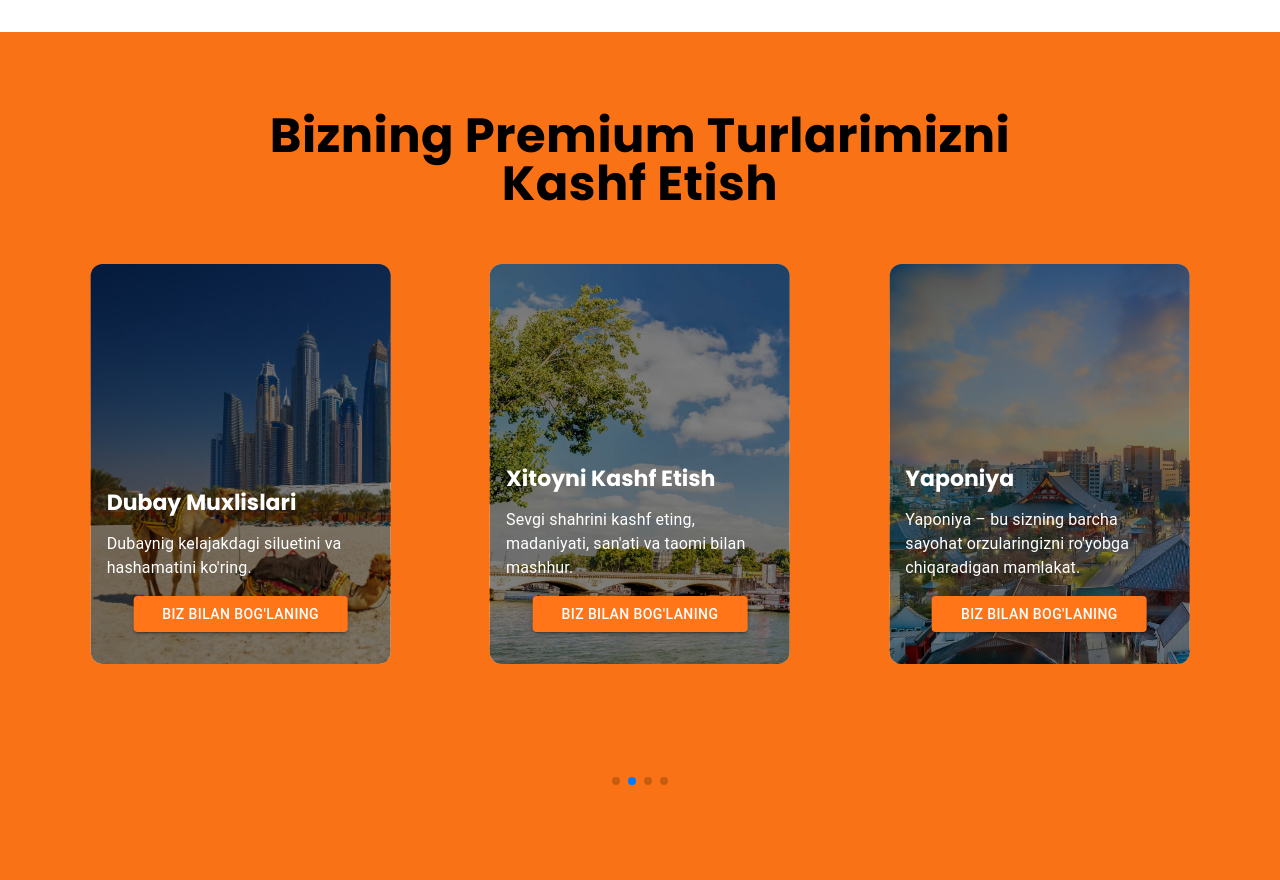
Repository: OgabekErkinov/i-am-tourist
Page: /
These files come from the project's save history. The page is drawn as it stood at one moment and after the next save; the edit follows.
The browser window is 1280 px wide. The pictures show the whole page.
The project was rebuilt for these pictures with package versions that can differ from the ones it lists, and the page was loaded fresh each time. Also part of the build but not shown: vite.config.js, src/components/navbar/LightDarkButton.jsx, src/I18/i18.js, src/components/navbar/languages/LanguageButton.jsx, src/components/navbar/NavbarItem.jsx, src/components/navbar/SocialNetworks.jsx, src/components/navbar/Logo.jsx, src/components/navbar/SectionsLinks.jsx and 7 more.

Above is the page before, as saved 2024-12-24 16:03:44.

### index.html
<!doctype html>
<html lang="en">
  <head>
    <meta charset="UTF-8" />
    <link rel="icon" type="image/svg+xml" href="https://www.ifly.com.uz/assets/logo-BPA5zOgc.png" />
    <meta name="viewport" content="width=device-width, initial-scale=1.0" />
    <link rel="preconnect" href="https://fonts.googleapis.com">
    <link rel="preconnect" href="https://fonts.gstatic.com" crossorigin>
    <link href="https://fonts.googleapis.com/css2?family=Poppins:ital,wght@0,100;0,200;0,300;0,400;0,500;0,600;0,700;0,800;0,900;1,100;1,200;1,300;1,400;1,500;1,600;1,700;1,800;1,900&display=swap" rel="stylesheet">
    <title>iFLY.com</title>
  </head>
  <body>
    <div id="root"></div>
    <script type="module" src="/src/main.jsx"></script>
  </body>
</html>

### src/index.css
/* Universal Reset */
* {
  margin: 0;
  padding: 0;
  box-sizing: border-box;
}


/* Root Container */
#root {
  max-width: 1900px;
  margin: 0 auto;
  display: flex;
  flex-direction: column;
  align-items: center;
  justify-content: center;
  font-family: 'Poppins';
  box-sizing: border-box;
}

### src/App.jsx
import { Stack } from "@mui/material"
import Header from "./components/header/Header"
import Main from "./components/main/Main"

function App() {


  return (
    <Stack width='100%'
           height='auto'
           alignItems='center'
           gap='1rem'>
        <Header/>
        <Main/>
    </Stack>



  )
}

export default App

### src/components/header/Header.jsx
import { Box, Stack } from '@mui/material';
import Navbar from '../navbar/Navbar';
import Slider from './Slider';
import React from 'react';
import Cards from '../cards/Cards';

const Header = () => {
  return (
    <Stack height="auto"
           width='100%'
           gap="2rem"
           marginBottom='1rem'
           boxSizing="border-box">
             <Stack width="100%"
                    height="auto"
                    alignItems='center'>
                         {/* <Box width="100%"
                              height="10vh"
                              bgcolor="transparent">
                        </Box> */}
                        {/* <Navbar /> */}
                        {/* <Slider /> */}
               </Stack>
               {/* <Cards /> */}
    </Stack>
  );
}

export default Header;

### src/components/main/Main.jsx
import { Stack } from '@mui/material'
import React from 'react'
import PremiumTours from '../premium/PremiumTours'
import TourPlaces from '../tourPlaces/TourPlaces'
import About from '../about/About'

const Main = () => {
  return (
    <Stack width={'100%'}
           height={'auto'}
           alignItems={'center'}
           gap='1rem'>
        <PremiumTours/>
        {/* <TourPlaces/> */}
        {/* <About/> */}

    </Stack>
  )
}

export default Main

### src/components/premium/PremiumTours.jsx
import React from 'react';
import { Stack, Typography, Box } from '@mui/material';
import 'swiper/css';
import 'swiper/css/effect-fade';
import 'swiper/css/pagination';
import 'swiper/css/autoplay';
import { Swiper, SwiperSlide } from 'swiper/react';
import { Navigation, Pagination, Scrollbar, Autoplay } from 'swiper/modules';
import { premiumToursServices } from '../../Database/db';
import PremiumItem from './PremiumItem';

const PremiumTours = () => {

  return (
    <Stack height={'auto'}
           width={'100%'}
           padding={'5rem 2rem'}
           bgcolor={'#F97316'}
           boxSizing={'border-box'} >
          <Stack height={'100%'}
                 width={'100%'}
                 justifyContent={'space-between'}
                 alignItems={'center'}
                 gap={'2rem'}>
              {/* Title */}
                <Typography fontFamily={'Poppins'}
                            width={'70%'}
                            fontSize={'48px'}
                            lineHeight={'48px'}
                            fontWeight={'bold'}
                            textAlign={'center'}
                            height={'auto'}
                            sx={{
                              '@media (max-width: 900px)': {
                               fontSize: '36px',
                               lineHeight: '40px',
                                },
                              '@media (max-width: 600px)': {
                                fontSize: '24px',
                                lineHeight: '28px',
                                },
                               }}>
                               Bizning Premium Turlarimizni Kashf Etish
                 </Typography>
            {/* Slider */}
                 <Box display={'flex'}
                      alignItems={'center'}
                      justifyContent={'center'}
                      height={'35rem'}
                      width={'100%'}>
                      <Swiper
                          modules={[Navigation, Pagination, Scrollbar, Autoplay]}
                          autoplay={{ delay: 2500, disableOnInteraction: false }}
                          navigation
                          pagination={{ clickable: false }}
                          scrollbar={{ draggable: true }}
                          loop={true}
                          style={{
                               width: '100%',
                               height: '100%',
                               padding : '1.5rem',
                               display : 'flex',
                               justifyContent : 'center',
                               alignItems : 'center' }}
                          breakpoints={{
                               524: {
                                  slidesPerView: 1,
                                  spaceBetween: 10 },
                               765: {
                                  slidesPerView: 2,
                                  spaceBetween: 20 },
                              1200: {
                                  slidesPerView: 3,
                                  spaceBetween: 30 } }}>
                          {
                           premiumToursServices?.map((tour, idx) => {
                                  return (
                                         <SwiperSlide key={idx}>
                                                 <PremiumItem tour={tour} />
                                           </SwiperSlide>
                                          );  })
                           }
                       </Swiper>
                  </Box>
            </Stack>
    </Stack>
  );
};

export default PremiumTours;

### src/Database/db.js
export const social_medias = [
    {
        id : 1,
        name : 'facebook',
        link : 'https://www.facebook.com',
        pathD : 'M279.14 288l14.22-92.66h-88.91v-60.13c0-25.35 12.42-50.06 52.24-50.06h40.42V6.26S260.43 0 225.36 0c-73.22 0-121.08 44.38-121.08 124.72v70.62H22.89V288h81.39v224h100.17V288z'
    },
    {
        id : 2,
        name : 'twitter',
        url : 'https://www.twitter.com',
        pathD : 'M419.37 151.716c.325 4.548.325 9.097.325 13.645 0 138.72-105.583 298.558-298.558 298.558-59.452 0-114.68-17.219-161.137-47.106 8.447.974 16.568 1.299 25.34 1.299 49.055 0 94.213-16.568 130.274-44.832-46.132-.975-84.792-31.188-98.112-72.772 6.498.974 12.995 1.624 19.818 1.624 9.421 0 18.843-1.3 27.614-3.573-48.081-9.747-84.143-51.98-84.143-102.985v-1.299c13.969 7.797 30.214 12.67 47.431 13.319-28.264-18.843-46.781-51.005-46.781-87.391 0-19.492 5.197-37.36 14.294-52.954 51.655 63.675 129.3 105.258 216.365 109.807-1.624-7.797-2.599-15.918-2.599-24.04 0-57.828 46.782-104.934 104.934-104.934 30.213 0 57.502 12.67 76.67 33.137 23.715-4.548 46.456-13.32 66.599-25.34-7.798 24.366-24.366 44.833-46.132 57.827 21.117-2.273 41.584-8.122 60.426-16.243-14.292 20.791-32.161 39.308-52.628 54.253z'
    },
    {
        id : 3,
        name : 'instagram',
        url : 'https://www.instagram.com/ifly.com.uz',
        pathD : 'M224.1 141c-63.6 0-114.9 51.3-114.9 114.9s51.3 114.9 114.9 114.9S339 319.5 339 255.9 287.7 141 224.1 141zm0 189.6c-41.1 0-74.7-33.5-74.7-74.7s33.5-74.7 74.7-74.7 74.7 33.5 74.7 74.7-33.6 74.7-74.7 74.7zm146.4-194.3c0 14.9-12 26.8-26.8 26.8-14.9 0-26.8-12-26.8-26.8s12-26.8 26.8-26.8 26.8 12 26.8 26.8zm76.1 27.2c-1.7-35.9-9.9-67.7-36.2-93.9-26.2-26.2-58-34.4-93.9-36.2-37-2.1-147.9-2.1-184.9 0-35.8 1.7-67.6 9.9-93.9 36.1s-34.4 58-36.2 93.9c-2.1 37-2.1 147.9 0 184.9 1.7 35.9 9.9 67.7 36.2 93.9s58 34.4 93.9 36.2c37 2.1 147.9 2.1 184.9 0 35.9-1.7 67.7-9.9 93.9-36.2 26.2-26.2 34.4-58 36.2-93.9 2.1-37 2.1-147.8 0-184.8zM398.8 388c-7.8 19.6-22.9 34.7-42.6 42.6-29.5 11.7-99.5 9-132.1 9s-102.7 2.6-132.1-9c-19.6-7.8-34.7-22.9-42.6-42.6-11.7-29.5-9-99.5-9-132.1s-2.6-102.7 9-132.1c7.8-19.6 22.9-34.7 42.6-42.6 29.5-11.7 99.5-9 132.1-9s102.7-2.6 132.1 9c19.6 7.8 34.7 22.9 42.6 42.6 11.7 29.5 9 99.5 9 132.1s2.7 102.7-9 132.1z'
    },
    {
        id : 4,
        name : 'linkedIn',
        url : 'https://www.linkedin.com',
        pathD : 'M100.28 448H7.4V148.9h92.88zM53.79 108.1C24.09 108.1 0 83.5 0 53.8a53.79 53.79 0 0 1 107.58 0c0 29.7-24.1 54.3-53.79 54.3zM447.9 448h-92.68V302.4c0-34.7-.7-79.2-48.29-79.2-48.29 0-55.69 37.7-55.69 76.7V448h-92.78V148.9h89.08v40.8h1.3c12.4-23.5 42.69-48.3 87.88-48.3 94 0 111.28 61.9 111.28 142.3V448z'
    },
    {
        id : 5,
        name : 'youtube',
        url : 'https://www.youtube.com',
        pathD : 'M549.655 124.083c-6.281-23.65-24.787-42.276-48.284-48.597C458.781 64 288 64 288 64S117.22 64 74.629 75.486c-23.497 6.322-42.003 24.947-48.284 48.597-11.412 42.867-11.412 132.305-11.412 132.305s0 89.438 11.412 132.305c6.281 23.65 24.787 41.5 48.284 47.821C117.22 448 288 448 288 448s170.78 0 213.371-11.486c23.497-6.321 42.003-24.171 48.284-47.821 11.412-42.867 11.412-132.305 11.412-132.305s0-89.438-11.412-132.305zm-317.51 213.508V175.185l142.739 81.205-142.739 81.201z'
    }
]

export const navLinks = [
    {
        id : 6,
        name : 'Excursions',
        link : '#excursions'
    },
    {
        id : 7,
        name : 'City',
        link : '#city'
    },
    {
        id : 8,
        name : 'About',
        link : '#about'
    },
    {
        id : 9,
        name : 'Contact',
        link : '#contact'
    }
]

export const SliderItems = [
    {
        url : '/malakali.jpg',
        heading : 'Malakali shahar',
        paragraph : "Dunyoning ko'ngilochar poytaxtiga sho'ng'ing."
    },
    {
        url : '/turkiya.jpg',
        heading : 'Sehrli Turkiya',
        paragraph : "Turkiyaning boy tarixi va ajoyib manzaralarini o'rganing."
    },
    {
        url : '/orol.jpg',
        heading : 'Orol chekinishi',
        paragraph : 'Ajoyib orol landshaftlari orasida tinchlikni his eting.'
    },
    {
        url : '/yaponiya.jpg',
        heading : 'Yaponiya',
        paragraph : "Zamonaviy hayot va qadimiy an'analar mamlakati"
    },
    {
        url : '/dubai.jpg',
        heading : "Dubayni kashf eting",
        paragraph : "Birlashgan Arab Amirliklarida hashamat, innovatsiyalar va sarguzashtlarni kashf eting."

    },
    {
        url : '/xitoyni.jpg',
        heading : 'Xitoyni kashf qiling',
        paragraph : "Xitoy: qadimgi tarix, Buyuk devor, innovatsiyalar, jonli madaniyat."
    },
    {
        url : '/tailand.jpg',
        heading : 'Tropik Tailand',
        paragraph : "Chiroyli plyajlarda dam oling va mazali taomlarni tatib ko'ring."
    }
]

export const addBanners = [
    {
        heading : 'Ajoyib plyaj',
        paragraph : 'Zamonaviy plyajlarni kashf eting va quyosh ostida dam oling.'
    },
    {
        heading : "Tog' sarguzashtlari",
        paragraph : "Qiziqarli tog' sayohatiga chiqing va tabiatni o'rganing."
    },
    {
        heading : 'Shahar sayohatlari',
        paragraph : "Qiziqarli tog' sayohatiga chiqing va tabiatni o'rganing."
    }
]

export const languages = [
    {
        lang : "o'zbek",
        flag : '/uzbekistan.png',
        translator : 'uz'
    },
    {
        lang : 'english',
        flag : '/united-states.png',
        translator : 'en'
    },
    {
        lang : 'русский',
        flag : '/russia.png',
        translator : 'ru'
    }
]

export const premiumToursServices = [
    {
        title : 'Tokio Sarguzashtlari',
        paragraph : "Yaponiya yuragida an'ana va texnologiyaning uyg'unligini his eting.",
        image : '/tokioprem.jpg'
    },
    {
        title : 'Dubay Muxlislari',
        paragraph : "Dubaynig kelajakdagi siluetini va hashamatini ko'ring.",
        image : '/dubaipremium.jpg'
    },
    {
        title : 'Xitoyni Kashf Etish',
        paragraph : "Sevgi shahrini kashf eting, madaniyati, san'ati va taomi bilan mashhur.",
        image : '/xitoyprem.jpg'
    },
    {
        title : 'Yaponiya',
        paragraph : "Yaponiya – bu sizning barcha sayohat orzularingizni ro'yobga chiqaradigan mamlakat.",
        image : '/xitoypremium.jpg'
    }
]

export const tourPlaces = [
    {
        image : '/yaponiya.jpg',
        title : 'Tokio, Yaponiya',
        paragraph : "Tokio Yaponiya poytaxti bo'lib, an'anaviy binolarni zamonaviy osmono'parlar bilan birlashtirish."
    },
    {
        image : '/orol.jpg',
        title : 'Orol joyi',
        paragraph : "Shahar shovqinidan uzoqda, tabiatning ajoyib go'zalligida dam oling."
    },
    {
        image : '/dubai.jpg',
        title : 'Dubay, BAA',
        paragraph : "Dubayning hargi skylinesi va hashamatini guvohi boling."
    },
    {
        image : '/vetnam.jpg',
        title : 'Vetnam sarguzashti',
        paragraph : "Vetnamning go'zalligiga kirib boring, rang- barang guruch teraslari va noyob madaniyat bilan tanishing!"
    },
    {
        image : '/maldiv.jpg',
        title : 'Maldivlar',
        paragraph : "Oq qumli plyajlar va toza suvlar bilan tropik jannatda dam oling. Hashamatli kurortlar va ajoyib suv osti dunyosidan zavq oling!"
    },
    {
        image : '/tailand.jpg',
        title : 'Tropik Tailand',
        paragraph : "Tailand chiroyli orollari, ko'chada oziq-ovqat va boy madaniyat merosi bilan mashhur."
    },
    {
        image : '/turkiya.jpg',
        title : "Mo'jizaviy Turkiya",
        paragraph : "Turkiyaning boy tarixini va go'zal manzaralarini kashf eting."
    }
]

export const services = [
    {
        pathD : 'M480 192H365.71L260.61 8.06A16.014 16.014 0 0 0 246.71 0h-65.5c-10.63 0-18.3 10.17-15.38 20.39L214.86 192H112l-43.2-57.6c-3.02-4.03-7.77-6.4-12.8-6.4H16.01C5.6 128-2.04 137.78.49 147.88L32 256 .49 364.12C-2.04 374.22 5.6 384 16.01 384H56c5.04 0 9.78-2.37 12.8-6.4L112 320h102.86l-49.03 171.6c-2.92 10.22 4.75 20.4 15.38 20.4h65.5c5.74 0 11.04-3.08 13.89-8.06L365.71 320H480c35.35 0 96-28.65 96-64s-60.65-64-96-64z',
        title : 'Xalqaro Sayohat',
        paragraph : "Dunyodagi eng go'zal joylarga sayohatlarni tashkil etamiz.",
        color : 'blue'
    },
    {
        icon : 'M560 64c8.84 0 16-7.16 16-16V16c0-8.84-7.16-16-16-16H16C7.16 0 0 7.16 0 16v32c0 8.84 7.16 16 16 16h15.98v384H16c-8.84 0-16 7.16-16 16v32c0 8.84 7.16 16 16 16h240v-80c0-8.8 7.2-16 16-16h32c8.8 0 16 7.2 16 16v80h240c8.84 0 16-7.16 16-16v-32c0-8.84-7.16-16-16-16h-16V64h16zm-304 44.8c0-6.4 6.4-12.8 12.8-12.8h38.4c6.4 0 12.8 6.4 12.8 12.8v38.4c0 6.4-6.4 12.8-12.8 12.8h-38.4c-6.4 0-12.8-6.4-12.8-12.8v-38.4zm0 96c0-6.4 6.4-12.8 12.8-12.8h38.4c6.4 0 12.8 6.4 12.8 12.8v38.4c0 6.4-6.4 12.8-12.8 12.8h-38.4c-6.4 0-12.8-6.4-12.8-12.8v-38.4zm-128-96c0-6.4 6.4-12.8 12.8-12.8h38.4c6.4 0 12.8 6.4 12.8 12.8v38.4c0 6.4-6.4 12.8-12.8 12.8h-38.4c-6.4 0-12.8-6.4-12.8-12.8v-38.4zM179.2 256h-38.4c-6.4 0-12.8-6.4-12.8-12.8v-38.4c0-6.4 6.4-12.8 12.8-12.8h38.4c6.4 0 12.8 6.4 12.8 12.8v38.4c0 6.4-6.4 12.8-12.8 12.8zM192 384c0-53.02 42.98-96 96-96s96 42.98 96 96H192zm256-140.8c0 6.4-6.4 12.8-12.8 12.8h-38.4c-6.4 0-12.8-6.4-12.8-12.8v-38.4c0-6.4 6.4-12.8 12.8-12.8h38.4c6.4 0 12.8 6.4 12.8 12.8v38.4zm0-96c0 6.4-6.4 12.8-12.8 12.8h-38.4c-6.4 0-12.8-6.4-12.8-12.8v-38.4c0-6.4 6.4-12.8 12.8-12.8h38.4c6.4 0 12.8 6.4 12.8 12.8v38.4z',
        title : 'Qulay Mehmonxonalar',
        paragraph : " Eng yaxshi va eng qulay mehmonxonalar bilan qoling.",
        color : 'green'
    },
    {
        icon : 'M416 320h-96c-17.6 0-32-14.4-32-32s14.4-32 32-32h96s96-107 96-160-43-96-96-96-96 43-96 96c0 25.5 22.2 63.4 45.3 96H320c-52.9 0-96 43.1-96 96s43.1 96 96 96h96c17.6 0 32 14.4 32 32s-14.4 32-32 32H185.5c-16 24.8-33.8 47.7-47.3 64H416c52.9 0 96-43.1 96-96s-43.1-96-96-96zm0-256c17.7 0 32 14.3 32 32s-14.3 32-32 32-32-14.3-32-32 14.3-32 32-32zM96 256c-53 0-96 43-96 96s96 160 96 160 96-107 96-160-43-96-96-96zm0 128c-17.7 0-32-14.3-32-32s14.3-32 32-32 32 14.3 32 32-14.3 32-32 32z',
        title : "Maxsus yo'nalishlar",
        paragraph : "Har bir mijoz uchun individual yo'nalishlarni yaratamiz.",
        color : 'orange'
    },
    {
        icon : 'M192 256c61.9 0 112-50.1 112-112S253.9 32 192 32 80 82.1 80 144s50.1 112 112 112zm76.8 32h-8.3c-20.8 10-43.9 16-68.5 16s-47.6-6-68.5-16h-8.3C51.6 288 0 339.6 0 403.2V432c0 26.5 21.5 48 48 48h288c26.5 0 48-21.5 48-48v-28.8c0-63.6-51.6-115.2-115.2-115.2zM480 256c53 0 96-43 96-96s-43-96-96-96-96 43-96 96 43 96 96 96zm48 32h-3.8c-13.9 4.8-28.6 8-44.2 8s-30.3-3.2-44.2-8H432c-20.4 0-39.2 5.9-55.7 15.4 24.4 26.3 39.7 61.2 39.7 99.8v38.4c0 2.2-.5 4.3-.6 6.4H592c26.5 0 48-21.5 48-48 0-61.9-50.1-112-112-112z',
        title : "Malakali yo'riqchilar",
        paragraph : " Har bir mijoz uchun individual yo'nalishlarni yaratamiz.",
        color : 'violet'
    }

]

### src/components/premium/PremiumItem.jsx
import { Box, Button, Stack, Typography } from '@mui/material';
import React from 'react';

const PremiumItem = ({ tour }) => {
  return (
    <Box height="25rem"
         display="flex"
         justifyContent="center"
         alignItems="center"
         borderRadius="12px"
         overflow="hidden"
         position="relative"
         sx={{
             transition : '0.3s',
             backgroundImage: `url(${tour?.image})`,
             backgroundSize: 'cover',
             '@media(min-width : 300px)' : {
                         width : '300px',
                         marginX : 'auto'  },
             '@media(min-width : 524px)' : {
                         width : '300px' },
              '&:hover' : {
                transform : 'scale(1.1)',
                transition : '0.3s',
              } }} >
         <Stack height="100%"
                width="100%"
                padding="2rem 0"
                boxSizing="border-box"
                borderRadius="12px"
                alignItems="center"
                bgcolor="rgba(0, 0, 0, 0.5)"
                position="absolute"
                zIndex={1}
                sx={{
                  '@media(min-width : 300px)' : {
                         justifyContent : 'center',
                         alignItems : 'center',
                         paddingX : '1rem',
                         gap : '1rem' },
                  '@media(min-width : 524px)' : {
                         justifyContent : 'flex-end',
                         alignItems : 'start' } }} >
                 <Typography variant="h3"
                             sx={{
                               fontWeight: 'bold',
                               fontFamily: 'Poppins',
                               color: 'white',
                               textAlign: 'start',
                               paddingRight: '10px',
                               margin: 0,
                               width: 'auto',
                              '@media (min-width: 300px)': {
                                      fontSize: '18px'  },
                              '@media (min-width : 524px)' : {
                                      fontSize : '22px'  }  }}  >
                               {tour.title}
                  </Typography>
                  <Typography width="auto"
                              sx={{
                                color: 'white',
                                textAlign: 'start',
                               '@media (min-width: 300px)': {
                                        fontSize: '12px',
                                        height : 'auto',
                                        textAlign : 'center' },
                                '@media (min-width : 524px)' : {
                                        fontSize : '16px',
                                        textAlign : 'start' } }}>
                                        {tour.paragraph}
                   </Typography>
                   <Button variant="contained"
                           sx={{
                              color: 'white',
                              backgroundColor: '#FF7518',
                              width : '80%',
                              margin : '0 auto' }}>
                           Biz bilan bog'laning
                  </Button>
      </Stack>
    </Box>
  );
};

export default PremiumItem;

Loaded but not shown: src/main.jsx (common file)

After the next save:
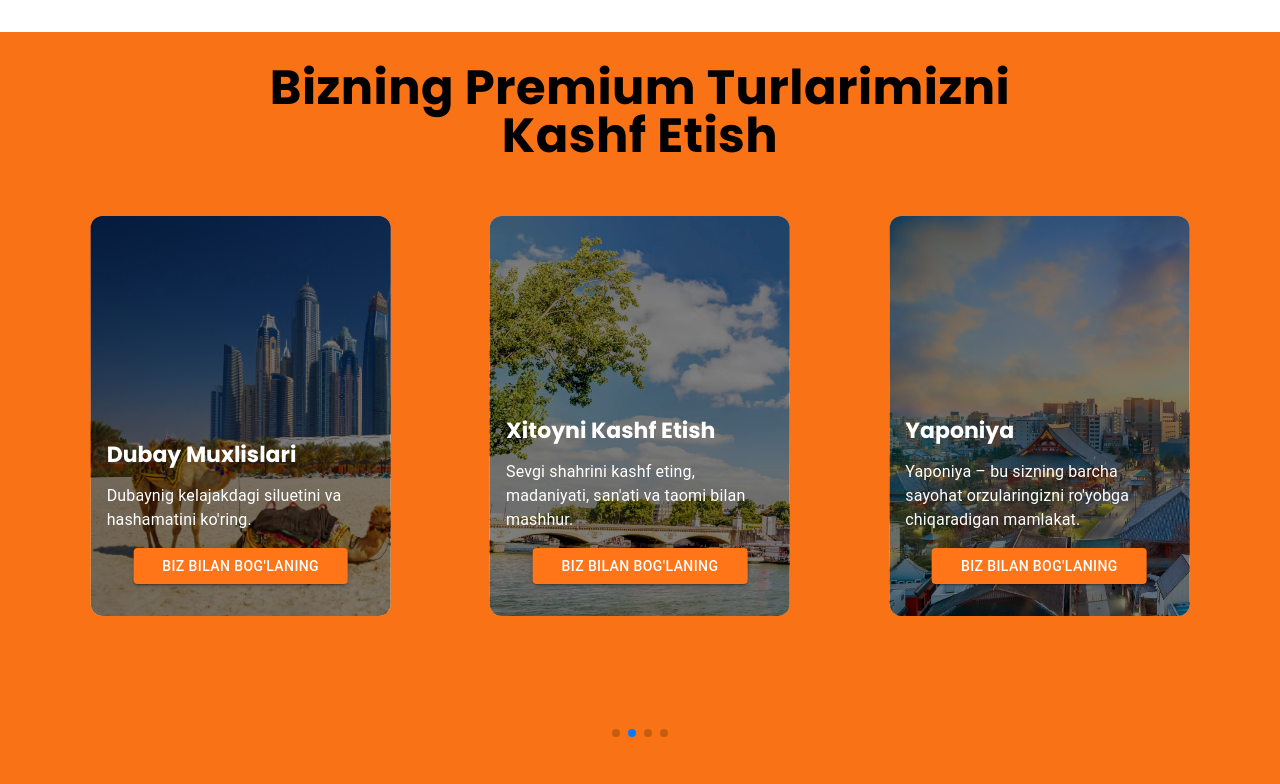
Saved 43 s later.
--- a/src/components/premium/PremiumTours.jsx
+++ b/src/components/premium/PremiumTours.jsx
@@ -14,7 +14,7 @@ const PremiumTours = () => {
   return (
     <Stack height={'auto'}
            width={'100%'}
-           padding={'5rem 2rem'}
+           padding={'2rem 2rem'}
            bgcolor={'#F97316'}
            boxSizing={'border-box'} >
           <Stack height={'100%'}
